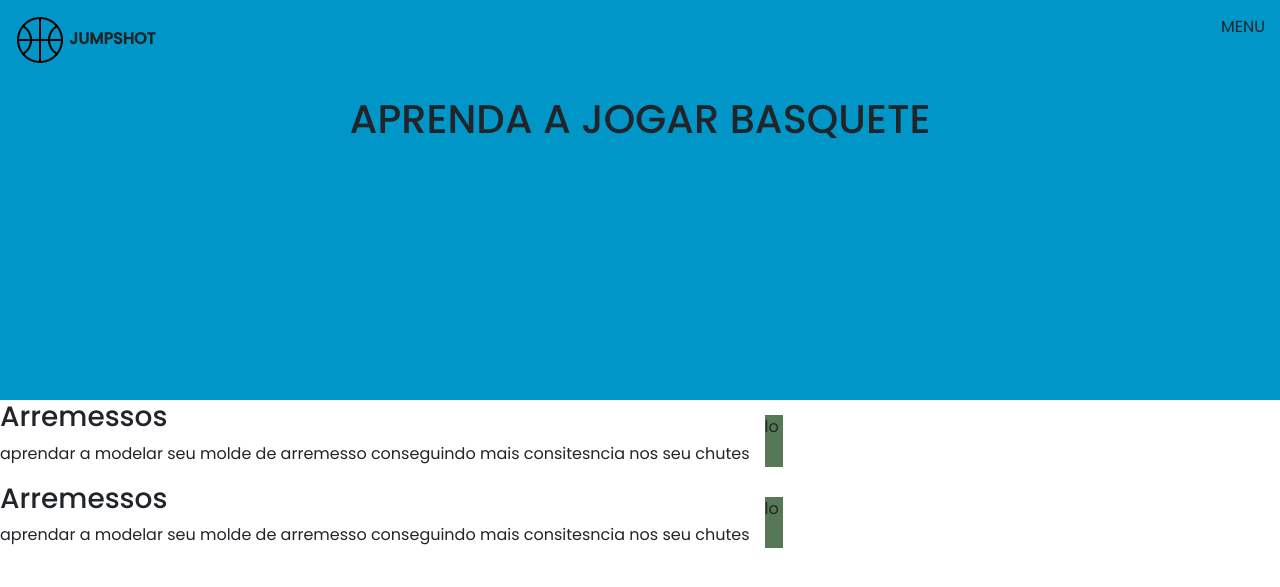
Repository: luisbisp/Jumpshot
Page: index.htm
These files come from the project's save history. The page is drawn as it stood at one moment and after the next save; the edit follows.
The browser window is 1280 px wide. The pictures show the whole page.

Above is the page before, as saved 2021-07-07 13:15:51.

After the next save:
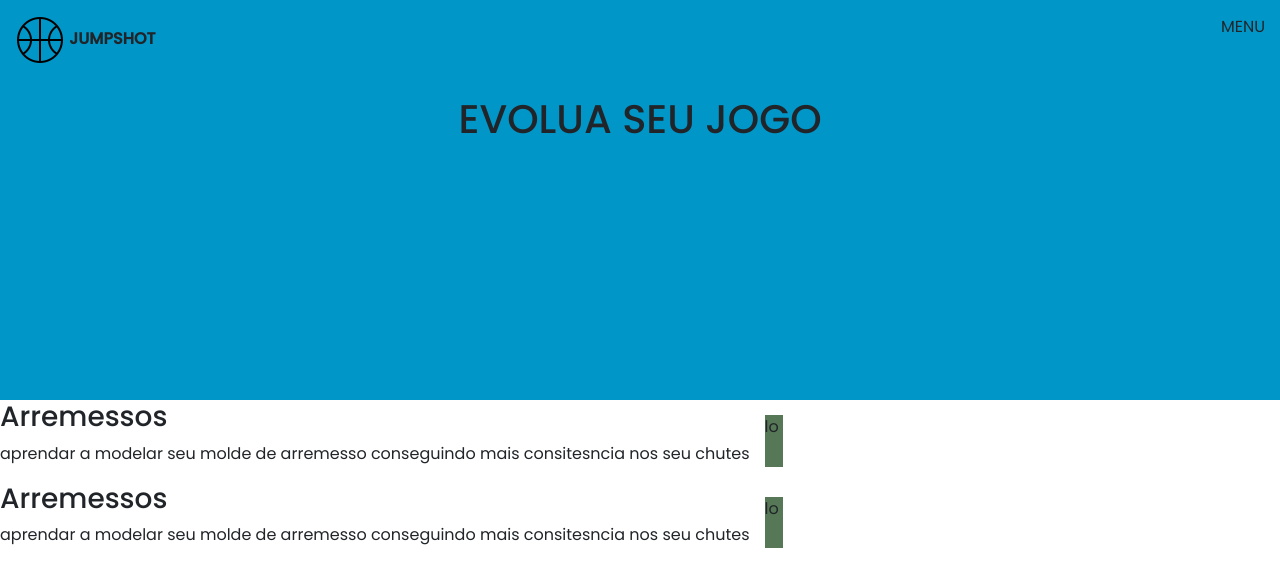
Saved 32 s later.
--- a/index.htm
+++ b/index.htm
@@ -27,7 +27,7 @@
                 </div>
             </div>
             <div class="div-title">
-                <h1> APRENDA A JOGAR BASQUETE</h1>
+                <h1> EVOLUA SEU JOGO</h1>
                 <img src=""  alt="">
             </div>
         </header>
